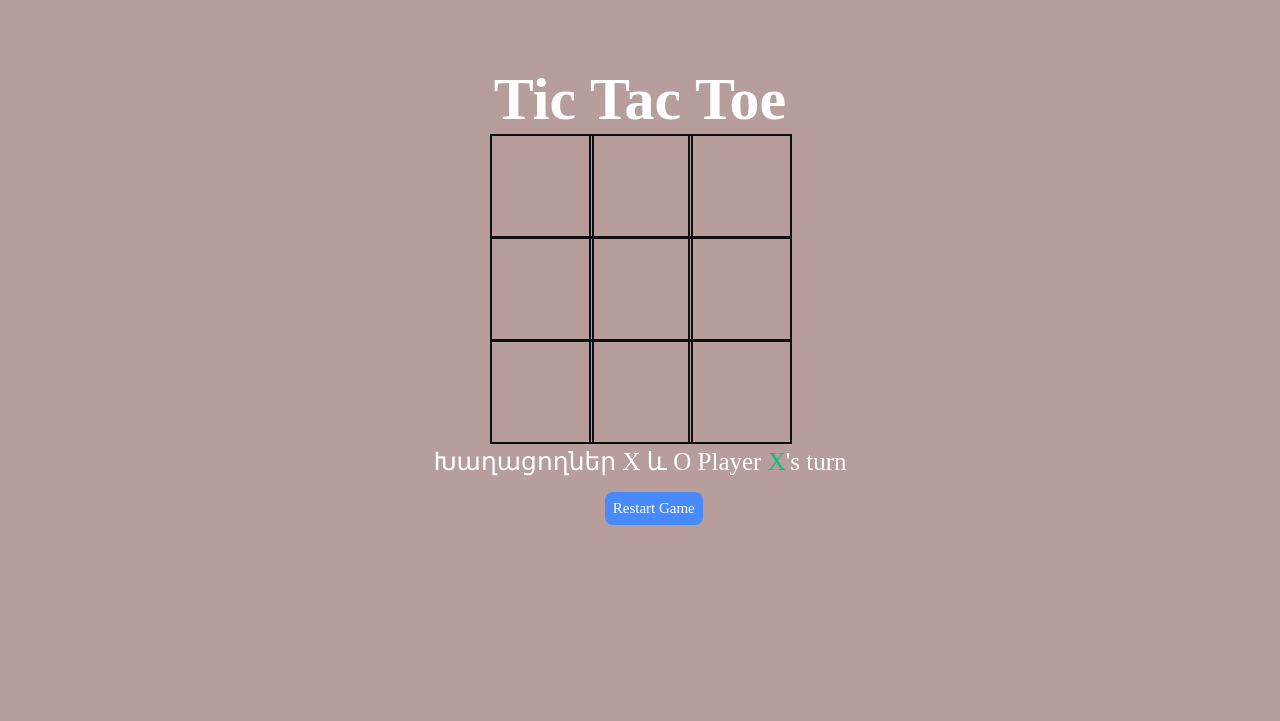
Repository: sedashahnazaryan/tic-tac-too
Page: index.html
These files come from the project's save history. The page is drawn as it stood at one moment and after a run of saves; the edit follows.
The browser window is 1280 px wide. The pictures show the whole page.

Above is the page before, as saved 2022-02-01 01:43:18.

### index.html
<!DOCTYPE html>
<html lang="en">
  <head>
    <meta charset="UTF-8" />
    <meta http-equiv="X-UA-Compatible" content="IE=edge" />
    <meta name="viewport" content="width=device-width, initial-scale=1.0" />
    <link rel="stylesheet" href="./index.css" />
    <title>Tic-Tac-Toe</title>
  </head>
  <main class="background">
      <!-- Վերնագիր -->
    <section class="title">
        <h1>Tic Tac Toe</h1>
    </section>
      <!-- Խաղատախտակ -->
    <section class="container">
        <div class="tile"></div>
        <div class="tile"></div>
        <div class="tile"></div>
        <div class="tile"></div>
        <div class="tile"></div>
        <div class="tile"></div>
        <div class="tile"></div>
        <div class="tile"></div>
        <div class="tile"></div>
    </section>
    <section class="display">
         Խաղացողներ X և O
        Player <span class="display-player playerX">X</span>'s turn
    </section>
    <section class="display announcer hide"></section>
    <section class="controls">
        <button id="restart">Restart Game</button>
    </section>
</main>
  <body>
    <script src="index.js"></script>
  </body>
</html>

### index.css
* {
    padding: 0;
    margin: 0;
    font-family: 'Itim', cursive;
}
.background{
    background-color: #b89d9d;
    height: 100vh;
    padding-top:1px;
}
.title{

    color: white;
    text-align: center;
    font-size: 40px;
    margin-top: 5%;

}
.display
{
    color:white;
    font-size: 25px;
    text-align: center;
    margin-top: 1px;
    margin-bottom: 1pc;
}
.hide{
    display: none;
}
.container {
    margin: 0 auto;
    display: grid;
    grid-template-columns: 33% 33% 33%;
    grid-template-rows: 33% 33% 33%;
    max-width: 300px;
}
.tile {
    border: 2px solid rgb(15, 15, 15);
    min-width: 100px;
    min-height: 100px;
    display: flex;
    justify-content: center;
    align-items: center;
    font-size: 50px;
    cursor: pointer;
}
.playerX {
    color: #09C372;
}

.playerO {
    color: #498AFB;
}
.contrtols{
    display: flex;
    flex-direction: row;
    justify-content:center;
    align-items: center;
    margin-top: 1cm;
}
#restart{
    background-color: #498AFB;
    color: white;
    padding: 8px;
    border-radius: 8px;
    border: none;
    font-size: 15px;
    margin-left: 16cm;
    cursor: pointer;

}

### index.js
window.addEventListener('DOMContentLoaded', () => {
    const tiles = Array.from(document.querySelectorAll('.tile'));
const playerDisplay = document.querySelector('.display-player');
const restartButton = document.querySelector('#restart');
const announcer = document.querySelector('.announcer');

let board = ['', '', '', '', '', '', '', '', ''];
let currentPlayer = 'X';
let isGameActive = true;

const PLAYERX_WON = 'PLAYERX_WON';
const PLAYERO_WON = 'PLAYERO_WON';
const TIE = 'TIE';

const winningConditions = [
    [0, 1, 2],
    [3, 4, 5],
    [6, 7, 8],
    [0, 3, 6],
    [1, 4, 7],
    [2, 5, 8],
    [0, 4, 8],
    [2, 4, 6]
 ];
 function handleResultValidation() {
    let roundWon = false;
    for (let i = 0; i <= 7; i++) {
      const winCondition = winningConditions[i];
      const a = board[winCondition[0]];
      const b = board[winCondition[1]];
      const c = board[winCondition[2]];
      if (a === "" || b === "" || c === "") {
        continue;
      }
      if (a === b && b === c) {
        roundWon = true;
        break;
      }
    }

    if (roundWon) {
      announce(currentPlayer === "X" ? PLAYERX_WON : PLAYERO_WON);
      isGameActive = false;
      return;
    }

    if (!board.includes(""))
    announce(TIE);
  }
 const announce = (type) => {
    switch(type){
       case PLAYERO_WON:
            announcer.innerHTML = 'Player <span class="playerO">O</span> Won';
            break;
       case PLAYERX_WON:
            announcer.innerHTML = 'Player <span class="playerX">X</span> Won';
            break;
       case TIE:
            announcer.innerText = 'Tie';
        }
    announcer.classList.remove('hide');
};
const isValidAction = (tile) => {
    if (tile.innerText === 'X' || tile.innerText === 'O'){
        return false;
    }

    return true;
};
const updateBoard =  (index) => {
    board[index] = currentPlayer;
 }
 const changePlayer = () => {
    playerDisplay.classList.remove(`player${currentPlayer}`);
    currentPlayer = currentPlayer === 'X' ? 'O' : 'X';
    playerDisplay.innerText = currentPlayer;
    playerDisplay.classList.add(`player${currentPlayer}`);
}
 const userAction = (tile, index) => {
    if (isValidAction(tile) && isGameActive) {
      tile.innerText = currentPlayer;
      tile.classList.add(`player${currentPlayer}`);
      updateBoard(index);
      handleResultValidation();
      changePlayer();
    }
  };
  const restartBoard = () => {
    board = ['', '', '', '', '', '', '', '', ''];
    isGameActive = true;
    announcer.classList.add('hide');

    if (currentPlayer === 'O') {
        changePlayer();
    }

    tiles.forEach(tile => {
        tile.innerText = '';
        tile.classList.remove('playerX');
        tile.classList.remove('playerO');
    });
}
 tiles.forEach( (tile, index) => {
    tile.addEventListener('click', () => userAction(tile, index));
});
    restartButton.addEventListener('click', restartBoard);

  });



// let board =[
//     ["-","-","-"],
//     ["-","-","-"],
//     ["-","-","-"]
// ];
// let boardStr =board[0].join(" ")+
// "\n"+
// board[1].join(" ")+
// "\n"+
// board[2].join(" ");

After the next 3 saves:
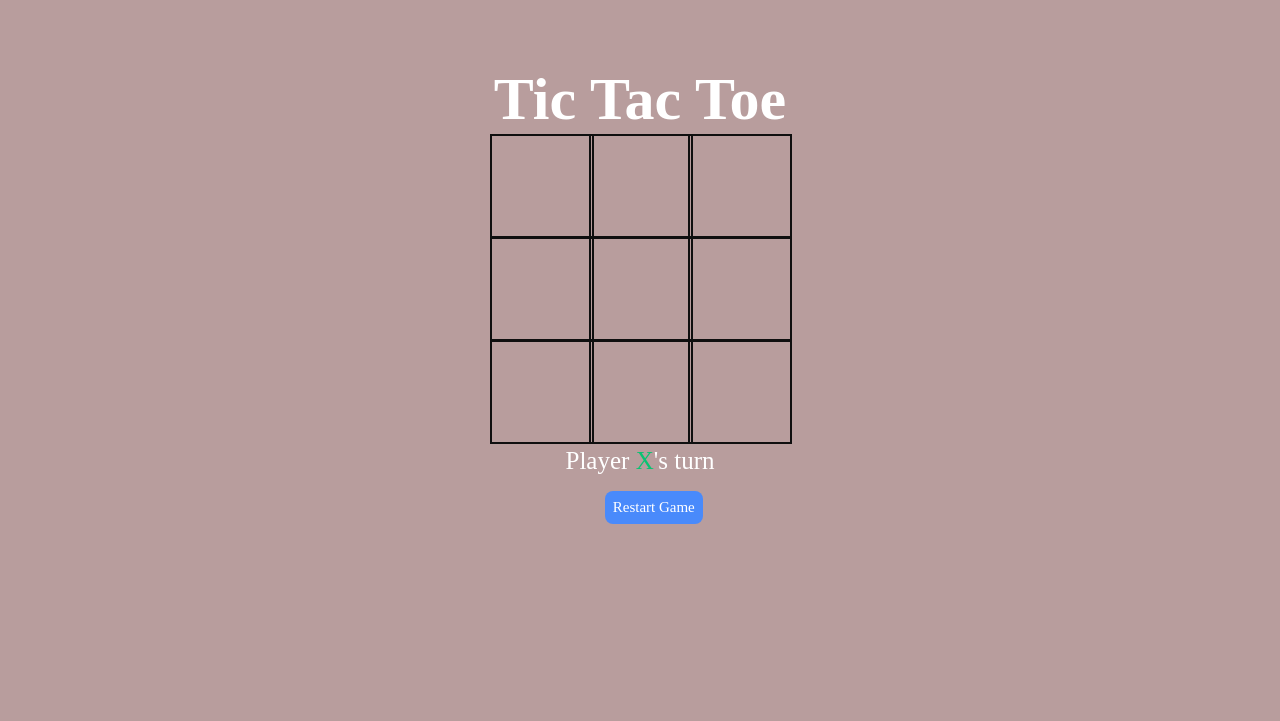
The 3 saves are shown as one change because they came seconds apart.
The last was saved 8 s later.
--- a/index.html
+++ b/index.html
@@ -25,7 +25,7 @@
         <div class="tile"></div>
     </section>
     <section class="display">
-         Խաղացողներ X և O
+         <!-- Խաղացողներ X և O -->
         Player <span class="display-player playerX">X</span>'s turn
     </section>
     <section class="display announcer hide"></section>
